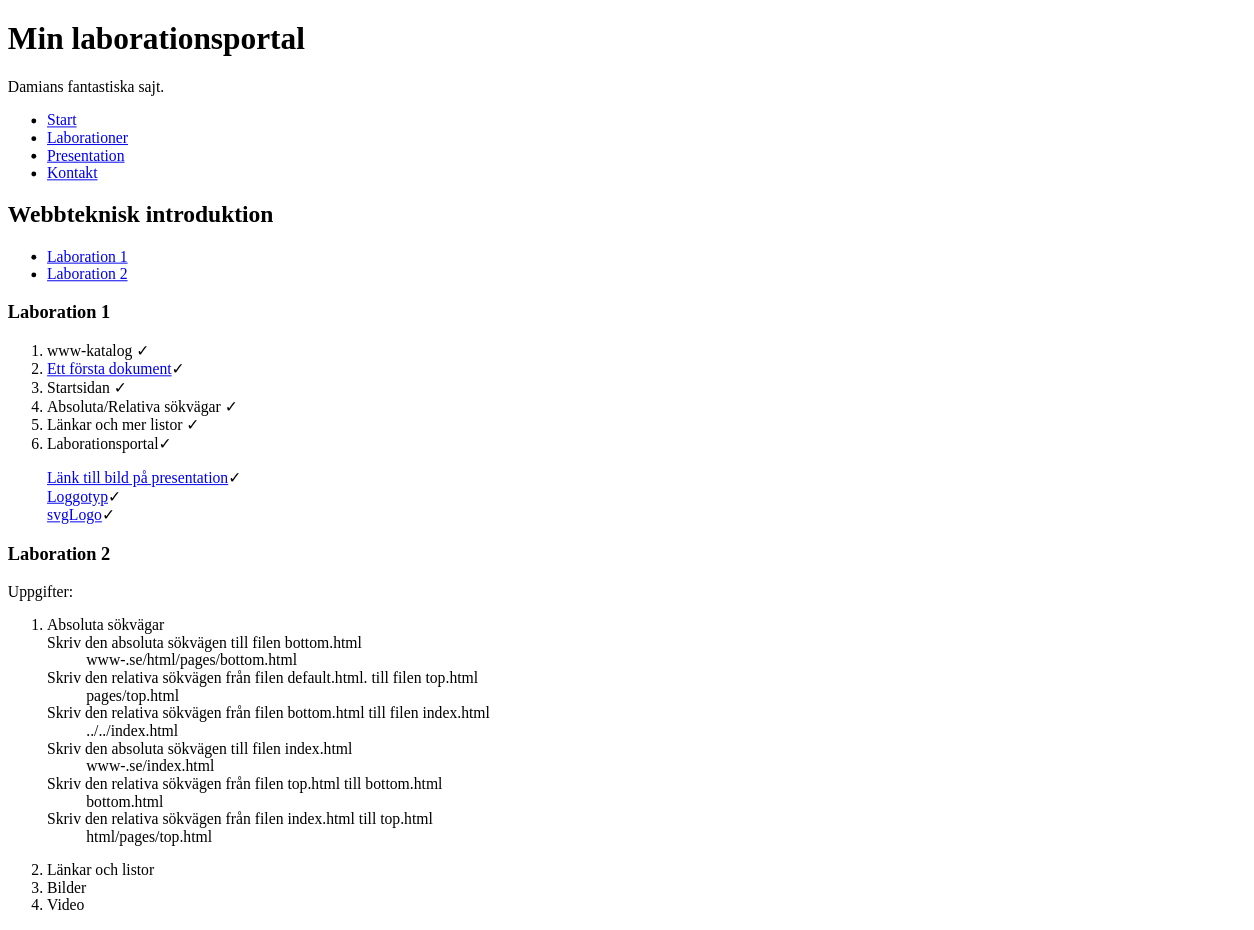
Repository: dg222dm/1ik415-laborationer
Page: pages/laborationer.html
The author's editor kept a record of every edit. The page is drawn from the files as they stood at one moment, then again after the next edit.
The browser window is 1280 px wide. The pictures show the whole page, at 98% of full size.

Above is the page before.

After the next edit:
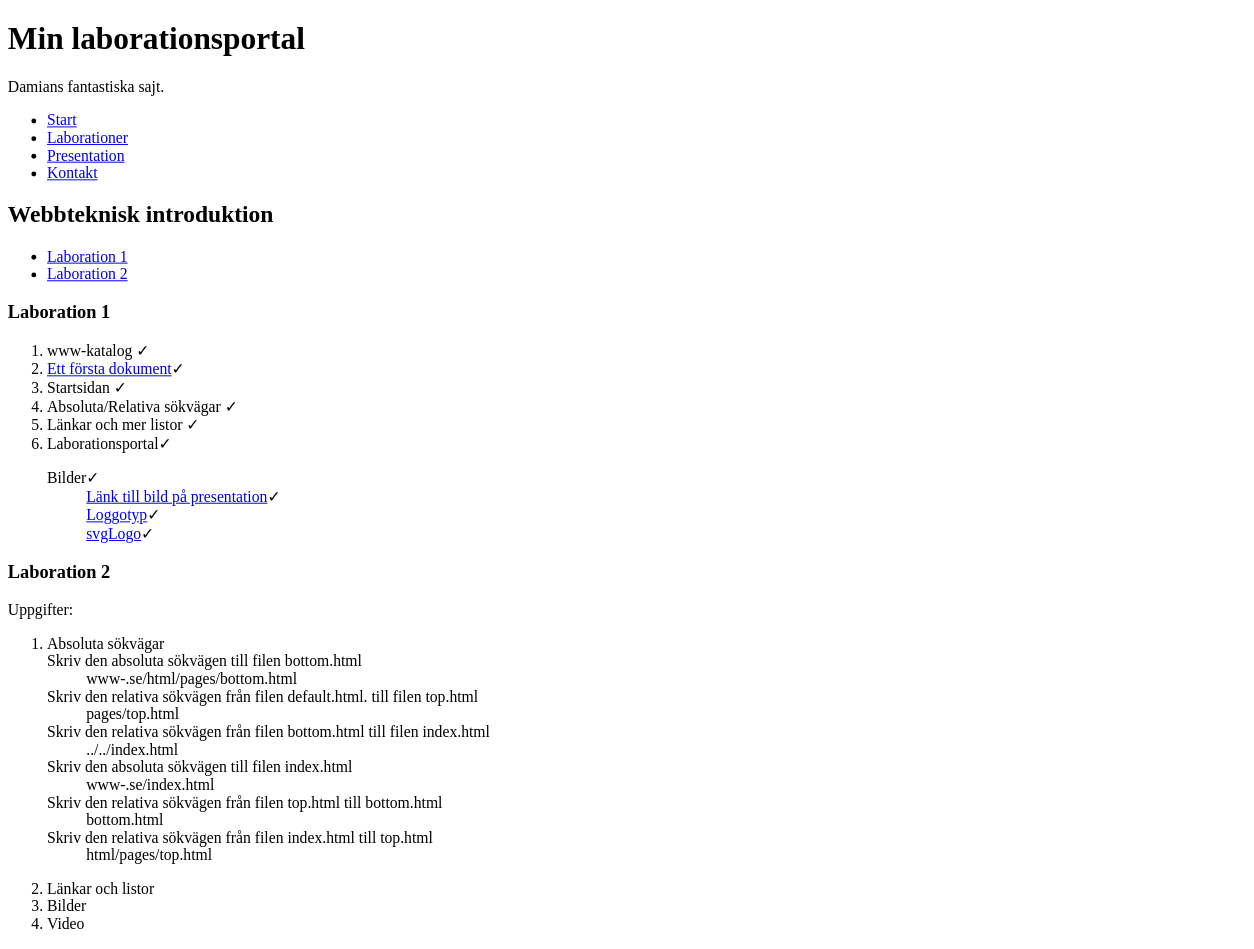
The edit:
--- a/pages/laborationer.html
+++ b/pages/laborationer.html
@@ -36,9 +36,10 @@
             <li>Länkar och mer listor &#x2713;</li>
             <li>Laborationsportal&#x2713;
             <dl>
-            <dt><a href="presentation.html#lyra">Länk till bild på presentation</a>&#x2713;</dt>
-            <dt><a href="../pics/LoggoLab1.png">Loggotyp</a>&#x2713;</dt>
-            <dt><a href="../index.html#svgLogo">svgLogo</a>&#x2713;</dt>
+            <dt>Bilder&#x2713;</dt>
+            <dd><a href="presentation.html#lyra">Länk till bild på presentation</a>&#x2713;</dd>
+            <dd><a href="../pics/LoggoLab1.png">Loggotyp</a>&#x2713;</dd>
+            <dd><a href="../index.html#svgLogo">svgLogo</a>&#x2713;</dd>
             </dl></li>
         </ol>
         <h3><a id="lab2">Laboration 2</a></h3>
